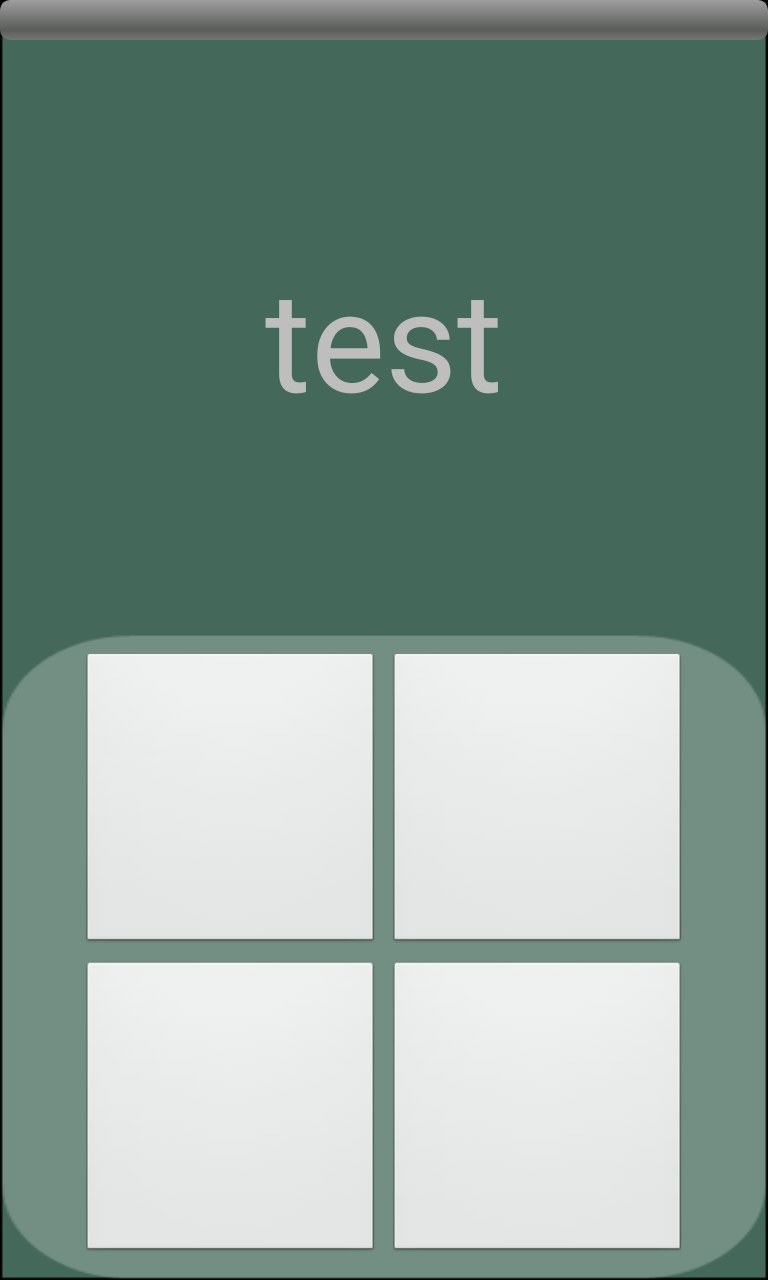
Repository: aster9725/HK-CityU-SummerExchange
Layout: WordQuiz/res/layout/activity_game.xml
An editor plug-in stored every save of this project. The layout is shown before and after the next save, followed by the edit.
It is drawn on a 768 x 1280 px phone screen (xhdpi) without system bars, with theme android:Theme.NoTitleBar; the app's code is not run.

Above is the layout before, as saved 2014-07-24 15:25:36.

After the next save:
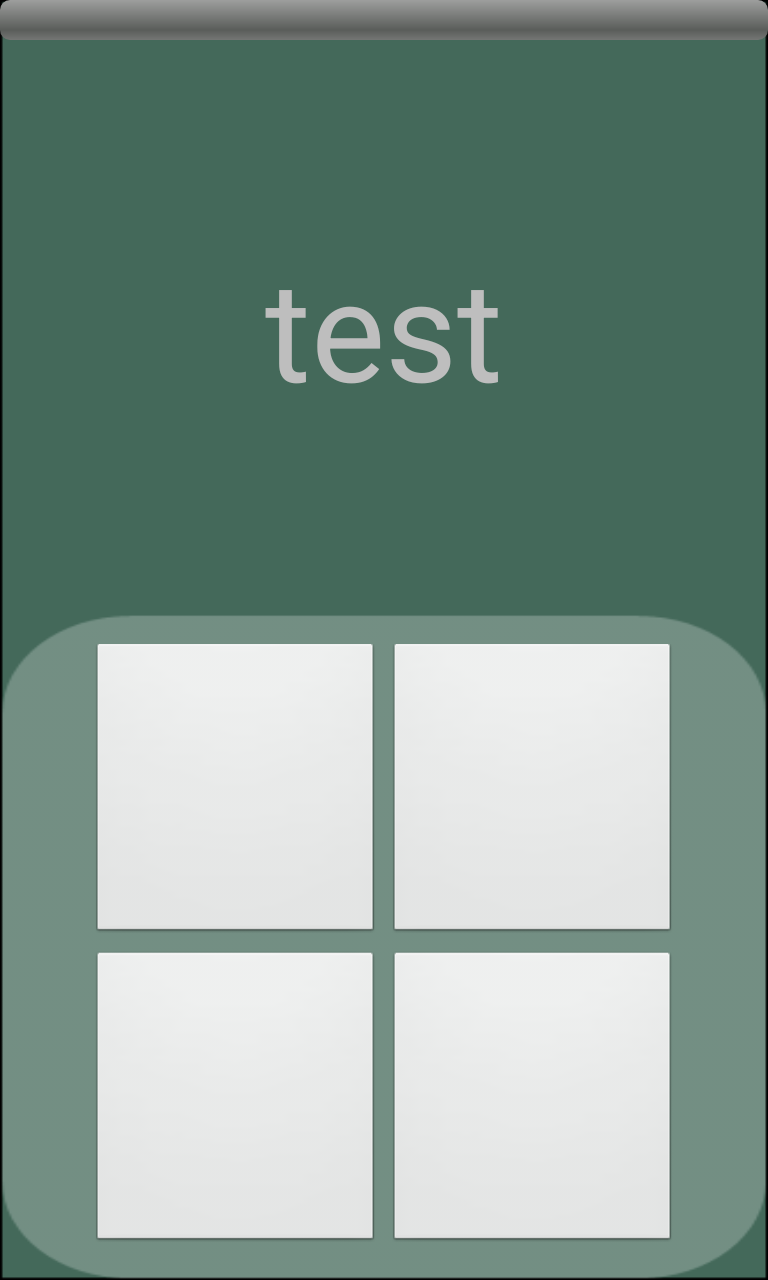
Saved 11 s later.
--- a/WordQuiz/res/layout/activity_game.xml
+++ b/WordQuiz/res/layout/activity_game.xml
@@ -3,6 +3,7 @@
     android:layout_height="fill_parent"
     android:background="@drawable/res_backgame"
     android:orientation="vertical" >
+
 
     <ProgressBar
         android:id="@+id/timerbar"
@@ -24,7 +25,7 @@
         android:layout_height="wrap_content"
         android:background="@drawable/res_gameans"
         android:orientation="vertical"
-        android:padding="10sp" >
+        android:padding="15sp" >
 
         <LinearLayout
             android:layout_width="match_parent"
@@ -79,4 +80,6 @@
         </LinearLayout>
     </LinearLayout>
 
+
+
 </LinearLayout>
